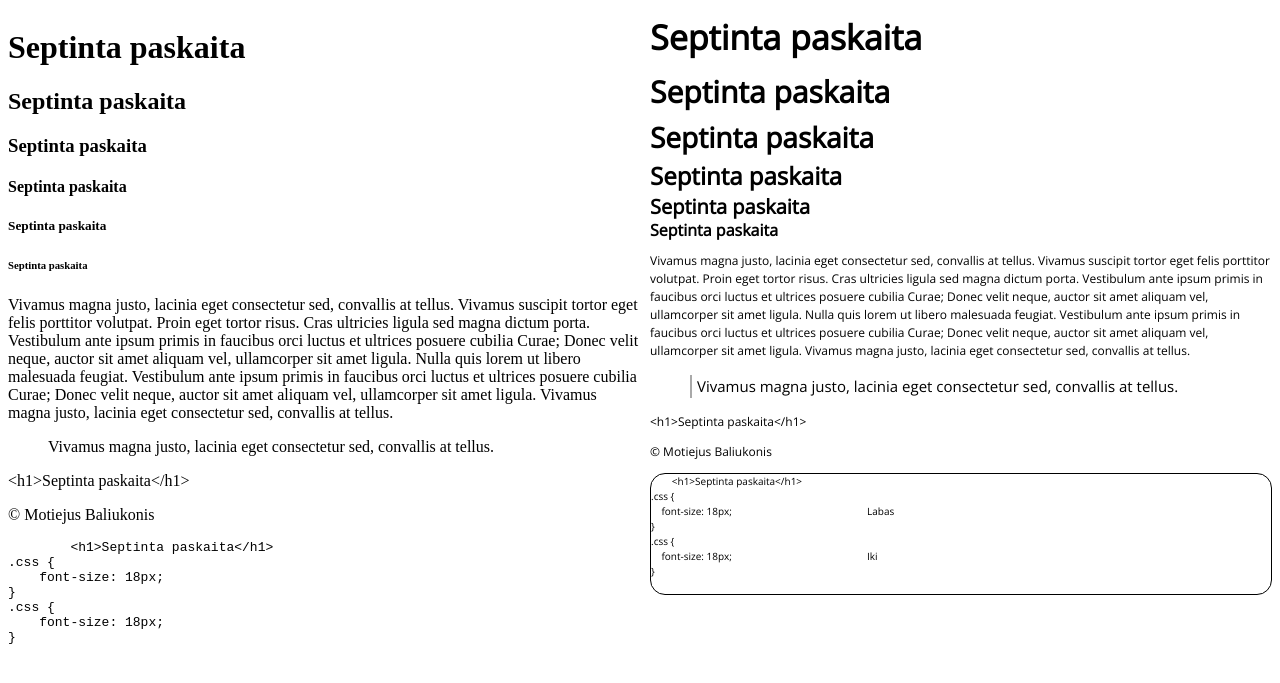
Repository: motiejus1/07-paskaita-05.31
Page: index.html
The author's editor kept a copy of each file at every save. The page is drawn from the files as they stood at one save, then again after a run of saves.
The browser window is 1280 px wide. The pictures show the whole page.

Above is the page before, as saved 2021-06-10 20:49:31.

### index.html
<!DOCTYPE html>
<html lang="en">
<head>
    <meta charset="UTF-8">
    <meta http-equiv="X-UA-Compatible" content="IE=edge">
    <meta name="viewport" content="width=device-width, initial-scale=1.0">
    <title>Septinta paskaita</title>

    <link rel="preconnect" href="https://fonts.gstatic.com">
    <link href="https://fonts.googleapis.com/css2?family=Open+Sans&display=swap" rel="stylesheet">

    <style>
        .container {
            width: 100%;
        }

        .left, .right {
            float:left;
            width: 50%;

        }

        .right {
            font-family: 'Open Sans', sans-serif;
        }

        .right pre {
            font-family: 'Open Sans', sans-serif;
            font-size: 10px;
            line-height: 1.5;
            color: black;
            border: 1px solid black;
            border-radius: 15px;
            background-color: ;
        }

        .right h1, .right h2, .right h3, .right h4, .right h5, .right h6 {
            margin: 0;
            font-weight: 700;
        }

        .right h1 {
            /* font-family: 'Open Sans', sans-serif; */
            font-size: 34px;
            line-height: 1.75;
        }

        .right h2 {
            font-size: 30px;
            line-height: 1.6;
        }

        .right h3 {
            font-size: 28px;
            line-height: 1.5;
        }

        .right h4 {
            font-size: 24px;
            line-height: 1.5;
        }

        .right h5 {
            font-size: 20px;
            line-height: 1.3;
        }

        .right h6 {
            font-size: 16px;
            line-height: 1.3;
        }

        .right p {
            font-size: 12px;
            line-height: 1.5;
            font-weight: 400;
        }

        .right blockquote {
            font-size: 15px;
            line-height: 1.5;
            font-weight: 400;
            border-left: 2px solid darkgrey;
            padding-left: 5px;
            /* border: 2px solid darkgrey */
        }
        .right-container {
            padding-left: 10px;
        }

    </style>
</head>
<body>
    <div class="container">
        <div class="left">
            <h1>Septinta paskaita</h1>
            <h2>Septinta paskaita</h2>
            <h3>Septinta paskaita</h3>
            <h4>Septinta paskaita</h4>
            <h5>Septinta paskaita</h5>
            <h6>Septinta paskaita</h6>

            <p>Vivamus magna justo, lacinia eget consectetur sed, convallis at tellus. Vivamus suscipit tortor eget felis porttitor volutpat. Proin eget tortor risus. Cras ultricies ligula sed magna dictum porta. Vestibulum ante ipsum primis in faucibus orci luctus et ultrices posuere cubilia Curae; Donec velit neque, auctor sit amet aliquam vel, ullamcorper sit amet ligula. Nulla quis lorem ut libero malesuada feugiat. Vestibulum ante ipsum primis in faucibus orci luctus et ultrices posuere cubilia Curae; Donec velit neque, auctor sit amet aliquam vel, ullamcorper sit amet ligula. Vivamus magna justo, lacinia eget consectetur sed, convallis at tellus.</p>

            <blockquote>Vivamus magna justo, lacinia eget consectetur sed, convallis at tellus.</blockquote>

            <p> &lt;h1&gt;Septinta paskaita&lt;/h1&gt;  </p>
            <p>&copy; Motiejus Baliukonis</p>

            <pre>
        &lt;h1&gt;Septinta paskaita&lt;/h1&gt;
.css {
    font-size: 18px;
}
.css {
    font-size: 18px;
}
            </pre>
        </div>
        <div class="right">
            <div class="right-container">
            <h1>Septinta paskaita</h1>
            <h2>Septinta paskaita</h2>
            <h3>Septinta paskaita</h3>
            <h4>Septinta paskaita</h4>
            <h5>Septinta paskaita</h5>
            <h6>Septinta paskaita</h6>

            <p>Vivamus magna justo, lacinia eget consectetur sed, convallis at tellus. Vivamus suscipit tortor eget felis porttitor volutpat. Proin eget tortor risus. Cras ultricies ligula sed magna dictum porta. Vestibulum ante ipsum primis in faucibus orci luctus et ultrices posuere cubilia Curae; Donec velit neque, auctor sit amet aliquam vel, ullamcorper sit amet ligula. Nulla quis lorem ut libero malesuada feugiat. Vestibulum ante ipsum primis in faucibus orci luctus et ultrices posuere cubilia Curae; Donec velit neque, auctor sit amet aliquam vel, ullamcorper sit amet ligula. Vivamus magna justo, lacinia eget consectetur sed, convallis at tellus.</p>

            <blockquote>Vivamus magna justo, lacinia eget consectetur sed, convallis at tellus.</blockquote>

            <p> &lt;h1&gt;Septinta paskaita&lt;/h1&gt;  </p>
            <p>&copy; Motiejus Baliukonis</p>

            <pre>
        &lt;h1&gt;Septinta paskaita&lt;/h1&gt;
.css {
    font-size: 18px;                                                    Labas
}
.css {
    font-size: 18px;                                                    Iki
}
            </pre>
        </div>
        </div>
    </div>
</body>
</html>

After the next 3 saves:
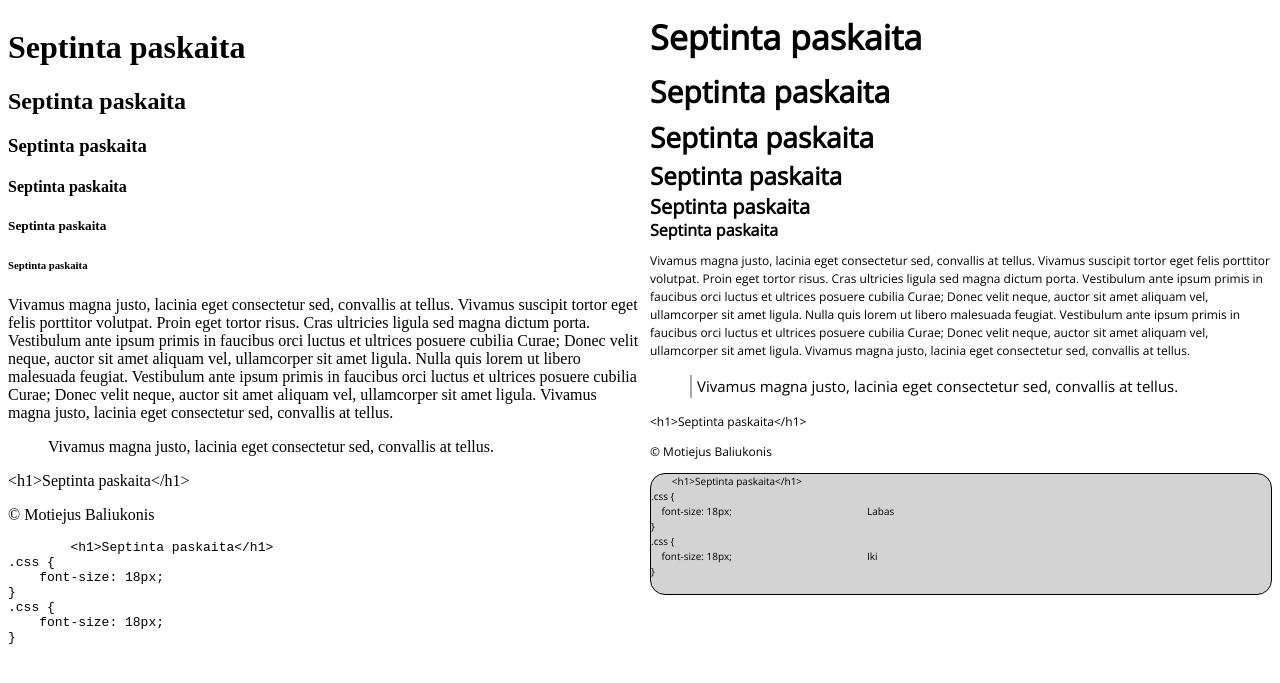
The 3 saves are shown as one change because they came seconds apart.
The last was saved 10 s later.
--- a/index.html
+++ b/index.html
@@ -31,7 +31,7 @@
             color: black;
             border: 1px solid black;
             border-radius: 15px;
-            background-color: ;
+            background-color: lightgrey;
         }
 
         .right h1, .right h2, .right h3, .right h4, .right h5, .right h6 {

After the save that followed:
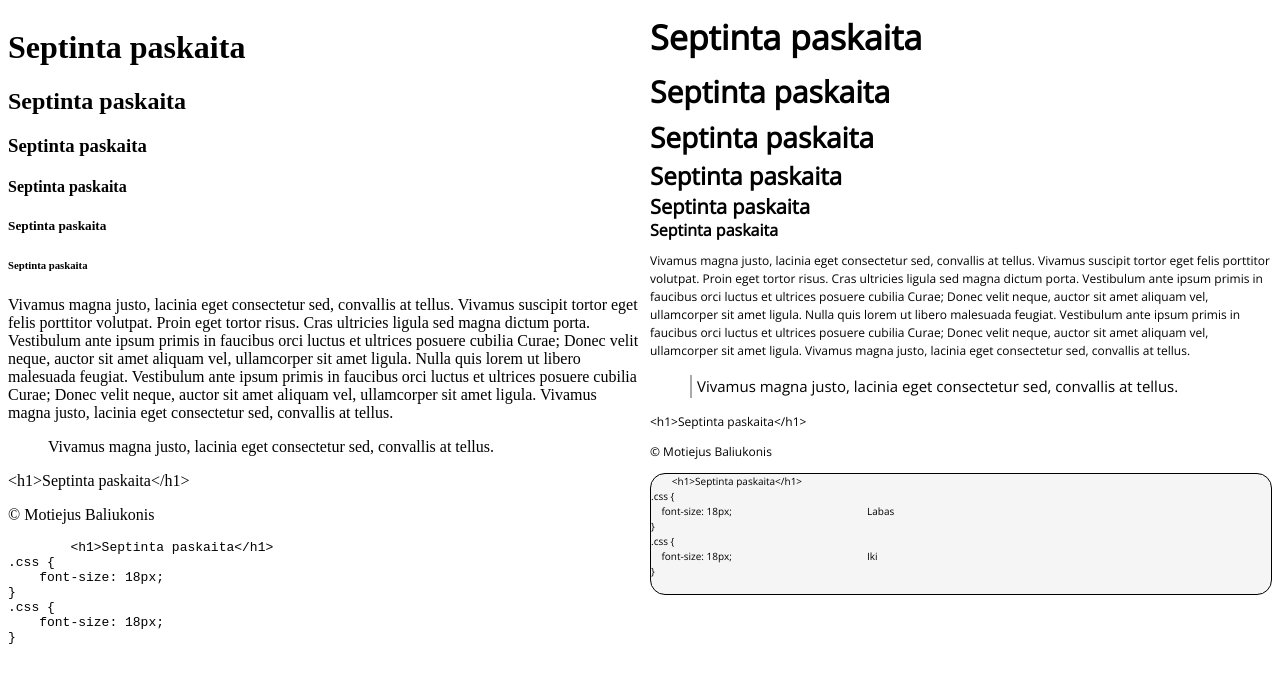
Saved 27 s later.
--- a/index.html
+++ b/index.html
@@ -31,7 +31,7 @@
             color: black;
             border: 1px solid black;
             border-radius: 15px;
-            background-color: lightgrey;
+            background-color: #f5f5f5;
         }
 
         .right h1, .right h2, .right h3, .right h4, .right h5, .right h6 {
